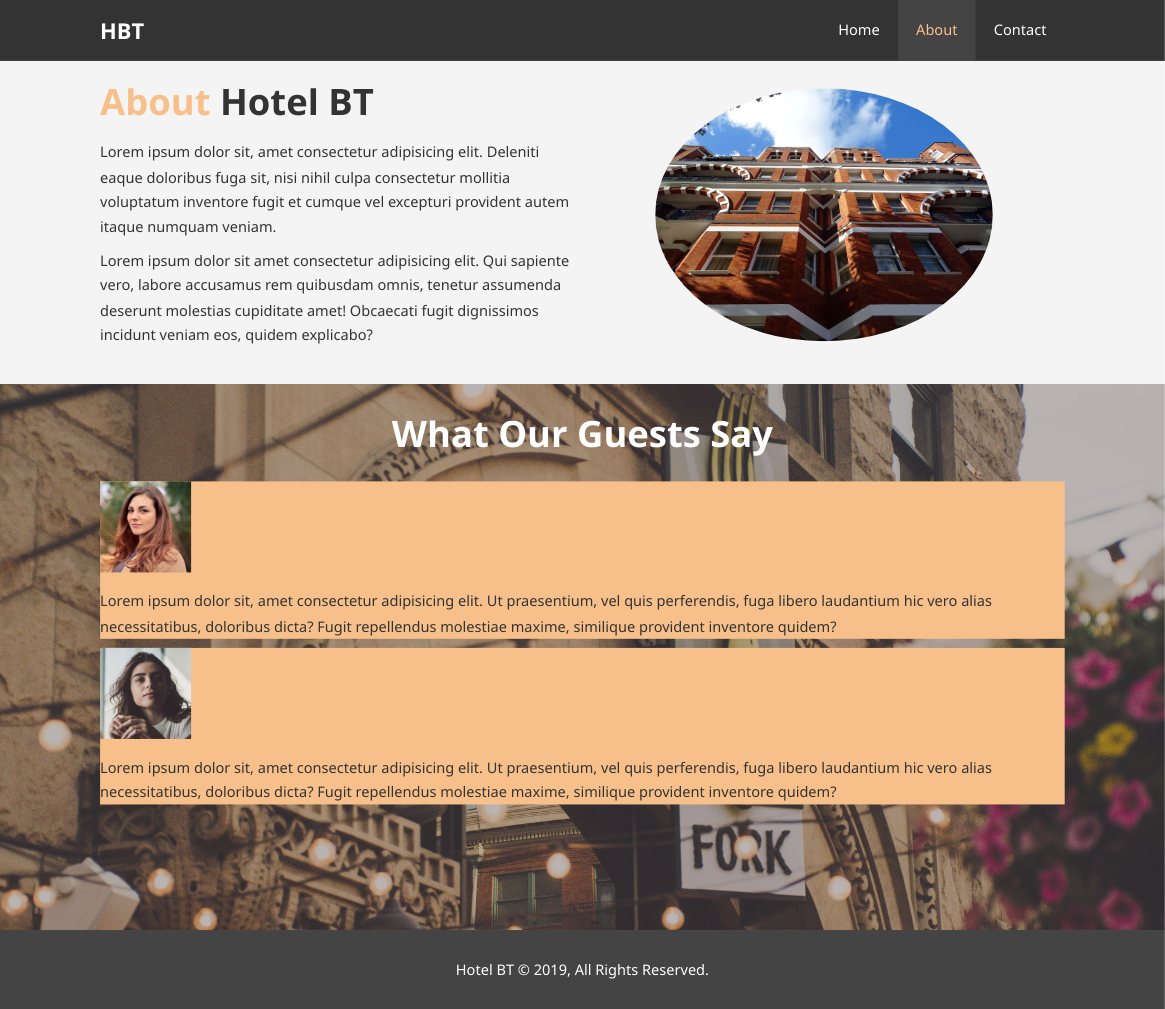
Repository: minhtien9/hotel-website
Page: about.html
These files come from the project's save history. The page is drawn as it stood at one moment and after the next save; the edit follows.
The browser window is 1280 px wide. The pictures show the whole page, at 91% of full size.

Above is the page before, as saved 2021-08-14 18:32:09.

After the next save:
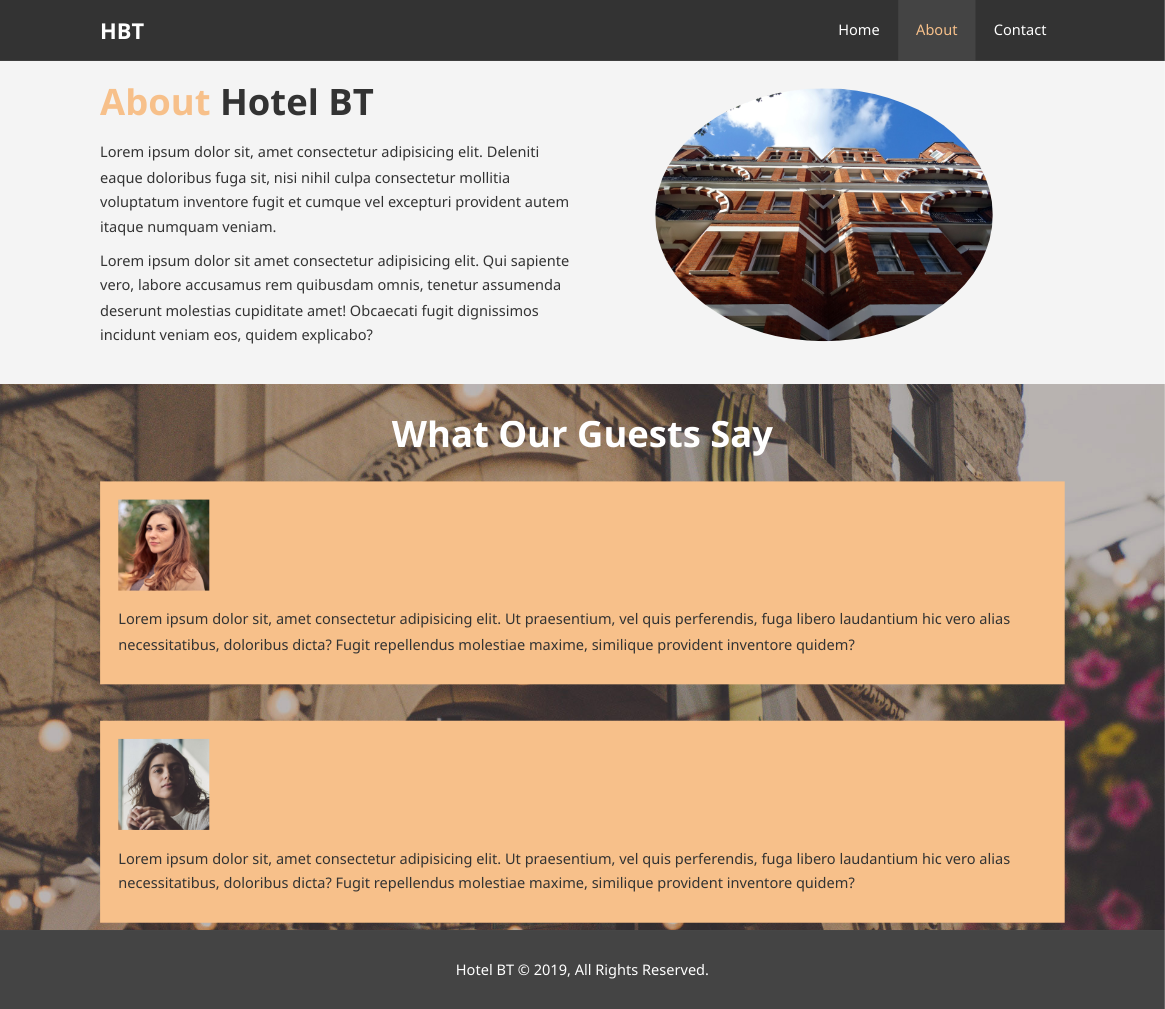
Saved 44 s later.
--- a/css/style.css
+++ b/css/style.css
@@ -247,6 +247,11 @@ p {
     padding-bottom: 40px;
 }
 
+#testimonials .testimonial {
+    padding: 20px;
+    margin-bottom: 40px;
+}
+
 #testimonials .testimonial img {
     width: 100px;
 }
